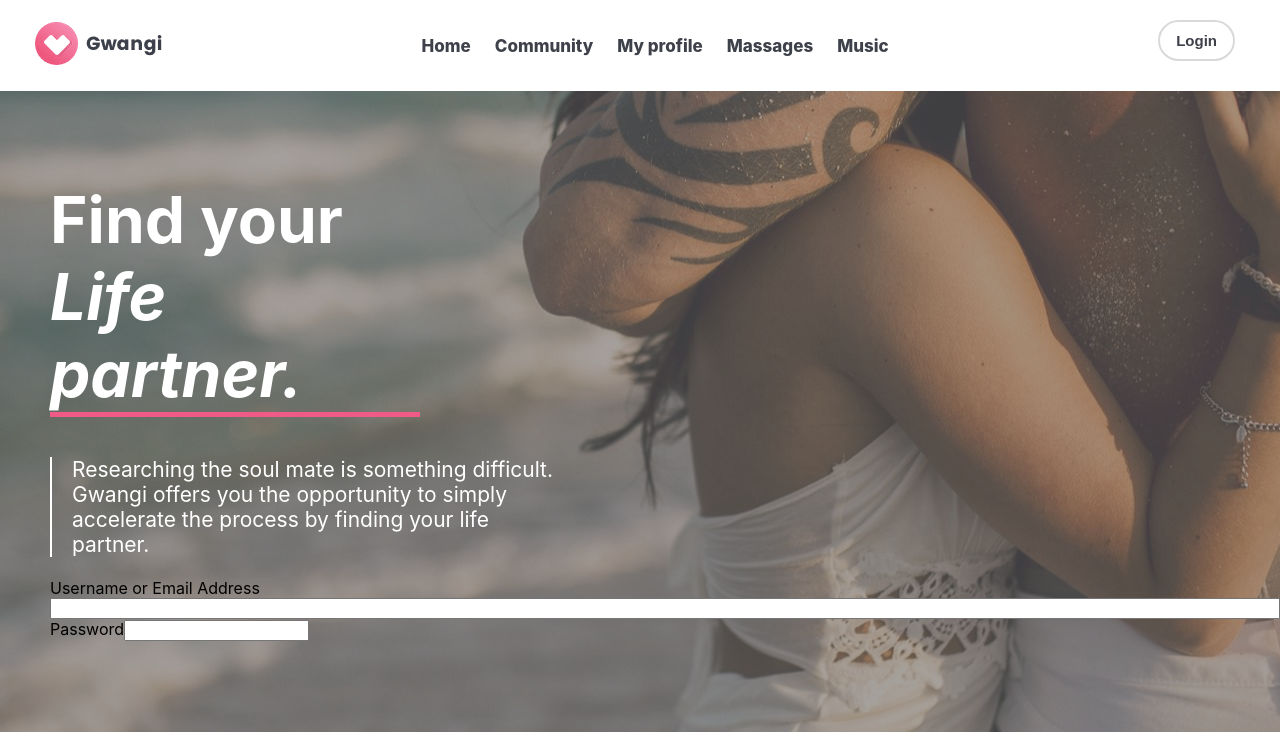
Repository: ShokunLiubov/Soc-Network-React
Page: /login
The author's editor kept a copy of each file at every save. The page is drawn from the files as they stood at one save, then again after the next save.
The browser window is 1280 px wide. The pictures show the whole page.
The project was rebuilt for these pictures with package versions that can differ from the ones it lists, and the page was loaded fresh each time. Also part of the build but not shown: src/components/common/Paginator/Paginator.module.css, src/components/common/Paginator/Paginator.jsx, src/components/Community/Community.module.css, src/components/Community/Friend/Friend.jsx, src/components/Community/Community.jsx, src/components/common/Preloader/Preloader.jsx, src/components/Community/CommunityContainer.jsx, src/components/Dialogs/Dialogs.module.css and 14 more.

Above is the page before, as saved 2022-08-24 17:56:36.

After the next save:
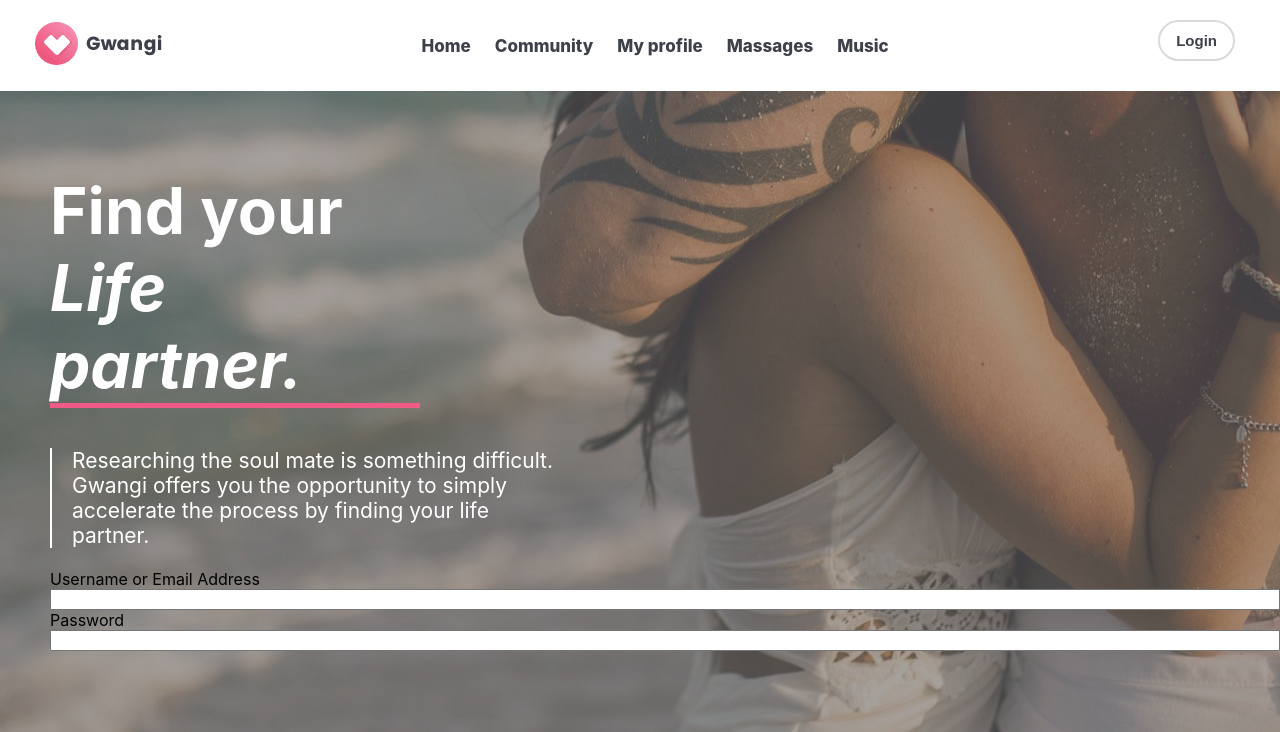
Saved 49 s later.
--- a/src/components/Auth/Registration/Registration.module.css
+++ b/src/components/Auth/Registration/Registration.module.css
@@ -42,7 +42,8 @@
 }
 
 /* FORM */
-.username {
+.username,
+.password {
     display: flex;
     flex-direction: column;
 }
